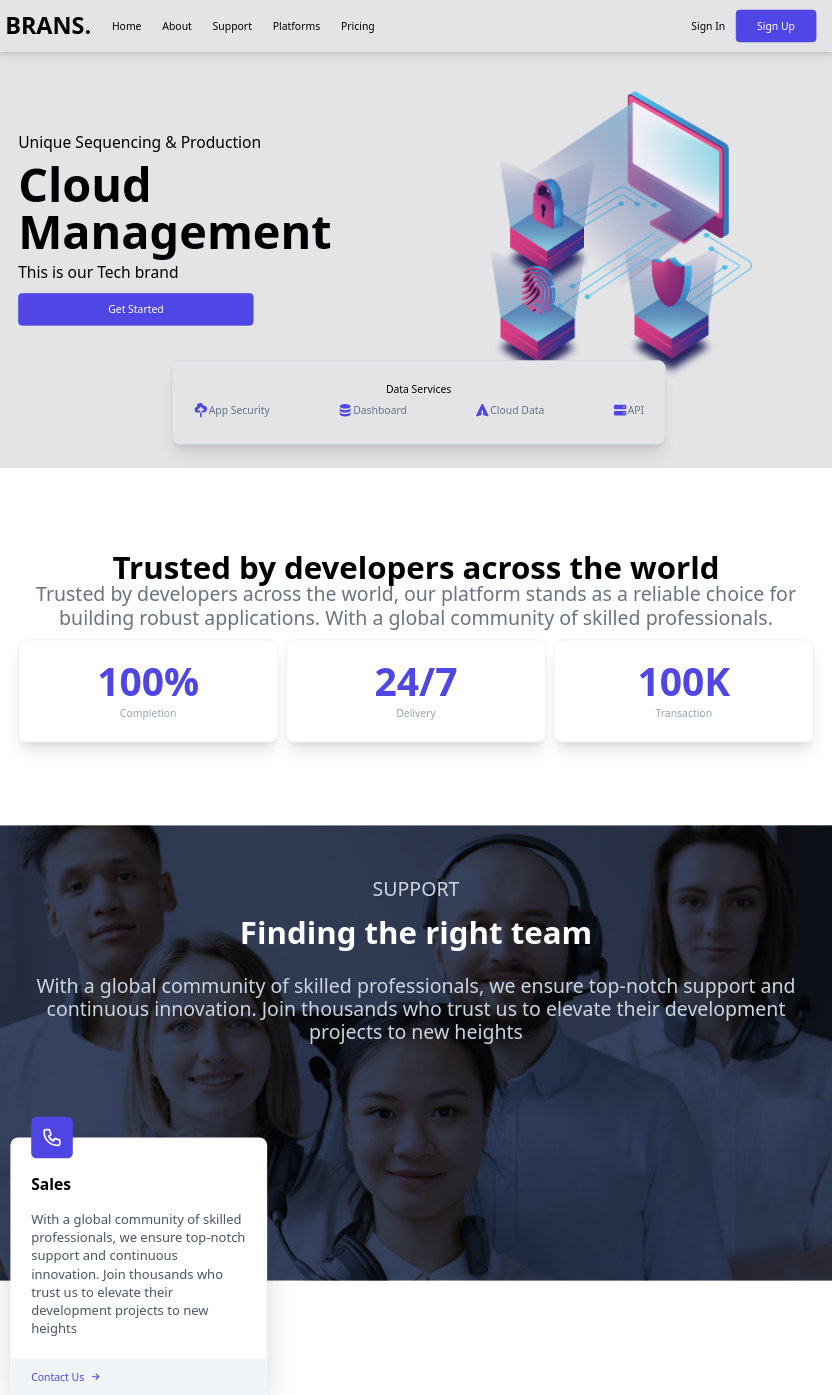
Repository: adrcstro/react-project-2
Page: /
The author's editor kept a copy of each file at every save. The page is drawn from the files as they stood at one save, then again after the next save.
The browser window is 1280 px wide. The pictures show the whole page, at 65% of full size.
The project was rebuilt for these pictures with package versions that can differ from the ones it lists, and the page was loaded fresh each time.

Above is the page before, as saved 2024-08-15 20:40:34.

After the next save:
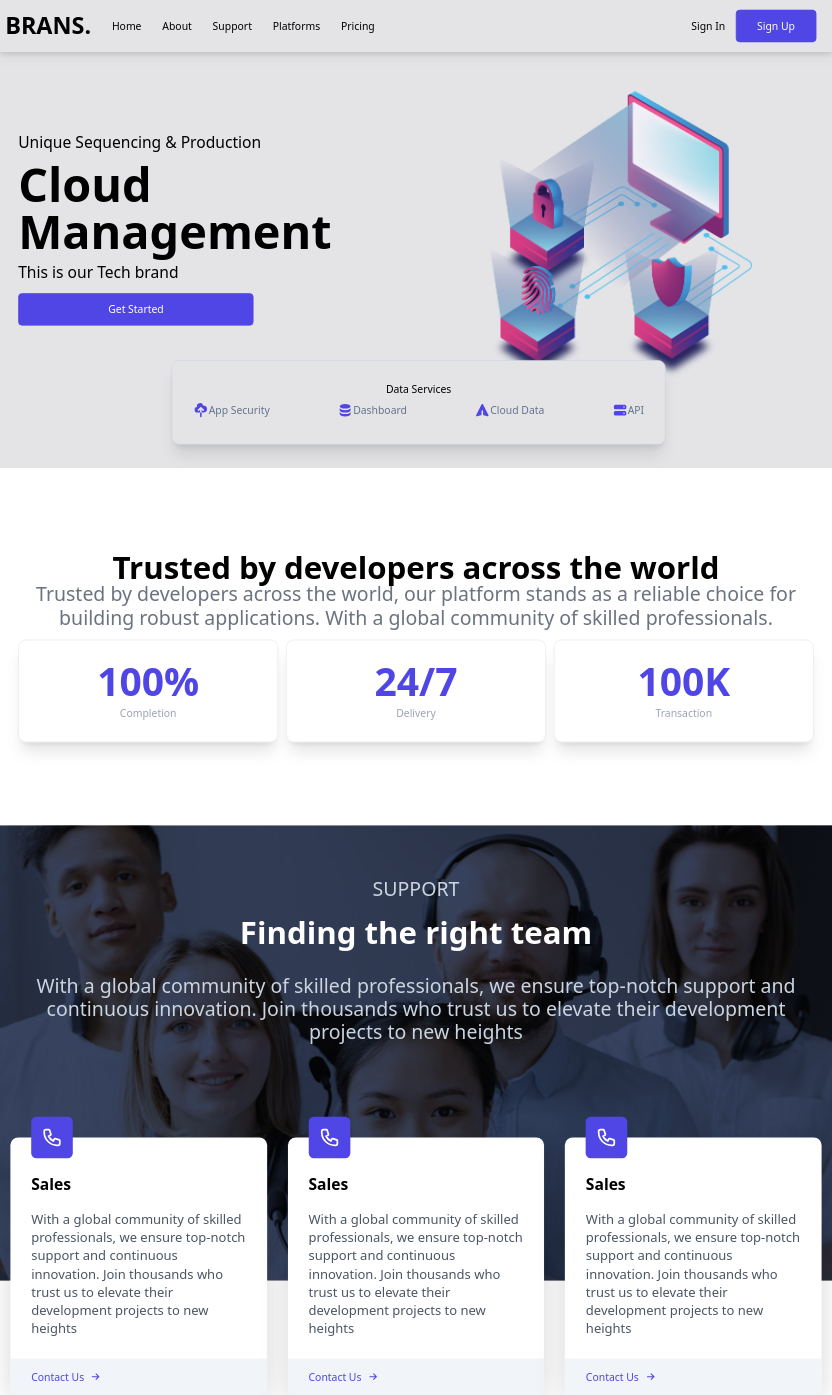
Saved 25 s later.
--- a/src/components/Support.jsx
+++ b/src/components/Support.jsx
@@ -29,6 +29,26 @@ function Support() {
                     <p className='flex items-center text-indigo-600'>Contact Us <ArrowSmRightIcon className='w-5 ml-2'/> </p>
                  </div>
             </div>
+            <div className='bg-white rounded-xl shadow-2xl'>
+                 <div className='p-8'>
+                    <PhoneIcon className='w-16 p-4 bg-indigo-600 text-white rounded-lg mt-[-4rem]'/>
+                    <h3 className='font-bold text-2xl my-6'>Sales</h3>
+                    <p className='text-gray-600 text-xl '>With a global community of skilled professionals, we ensure top-notch support and continuous innovation. Join thousands who trust us to elevate their development projects to new heights</p>
+                 </div>
+                 <div className='bg-slate-100 pl-8 py-4'>
+                    <p className='flex items-center text-indigo-600'>Contact Us <ArrowSmRightIcon className='w-5 ml-2'/> </p>
+                 </div>
+            </div>
+            <div className='bg-white rounded-xl shadow-2xl'>
+                 <div className='p-8'>
+                    <PhoneIcon className='w-16 p-4 bg-indigo-600 text-white rounded-lg mt-[-4rem]'/>
+                    <h3 className='font-bold text-2xl my-6'>Sales</h3>
+                    <p className='text-gray-600 text-xl '>With a global community of skilled professionals, we ensure top-notch support and continuous innovation. Join thousands who trust us to elevate their development projects to new heights</p>
+                 </div>
+                 <div className='bg-slate-100 pl-8 py-4'>
+                    <p className='flex items-center text-indigo-600'>Contact Us <ArrowSmRightIcon className='w-5 ml-2'/> </p>
+                 </div>
+            </div>
         </div>
     </div>
     </div>
